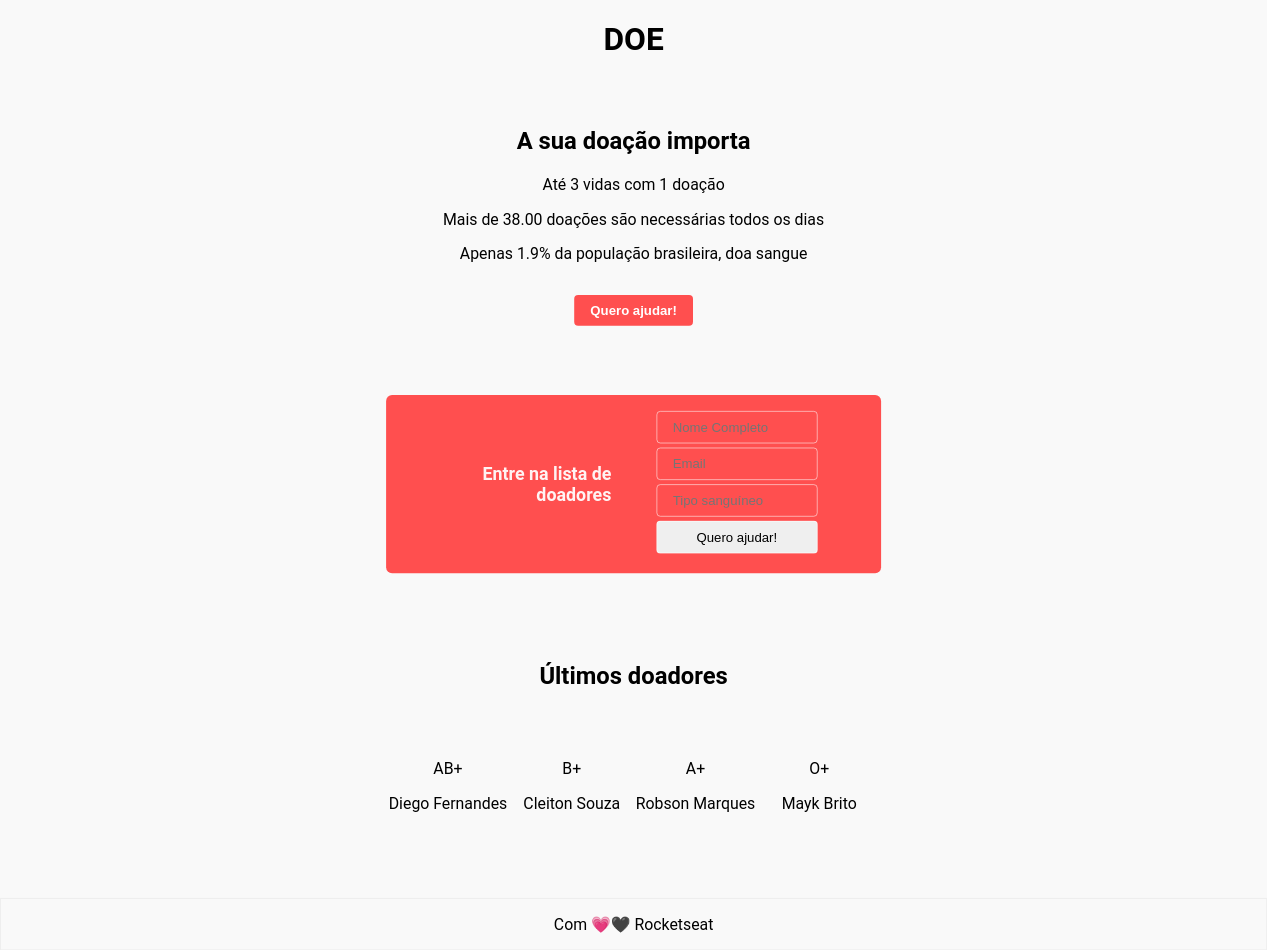
Repository: lucas-silva-dev/Doe
Page: index.html
The author's editor kept a copy of each file at every save. The page is drawn from the files as they stood at one save, then again after the next save.
The browser window is 1280 px wide. The pictures show the whole page, at 99% of full size.
Some web fonts or font styles are not loaded; a fallback is used.

Above is the page before, as saved 2020-02-18 16:34:47.

After the next save:
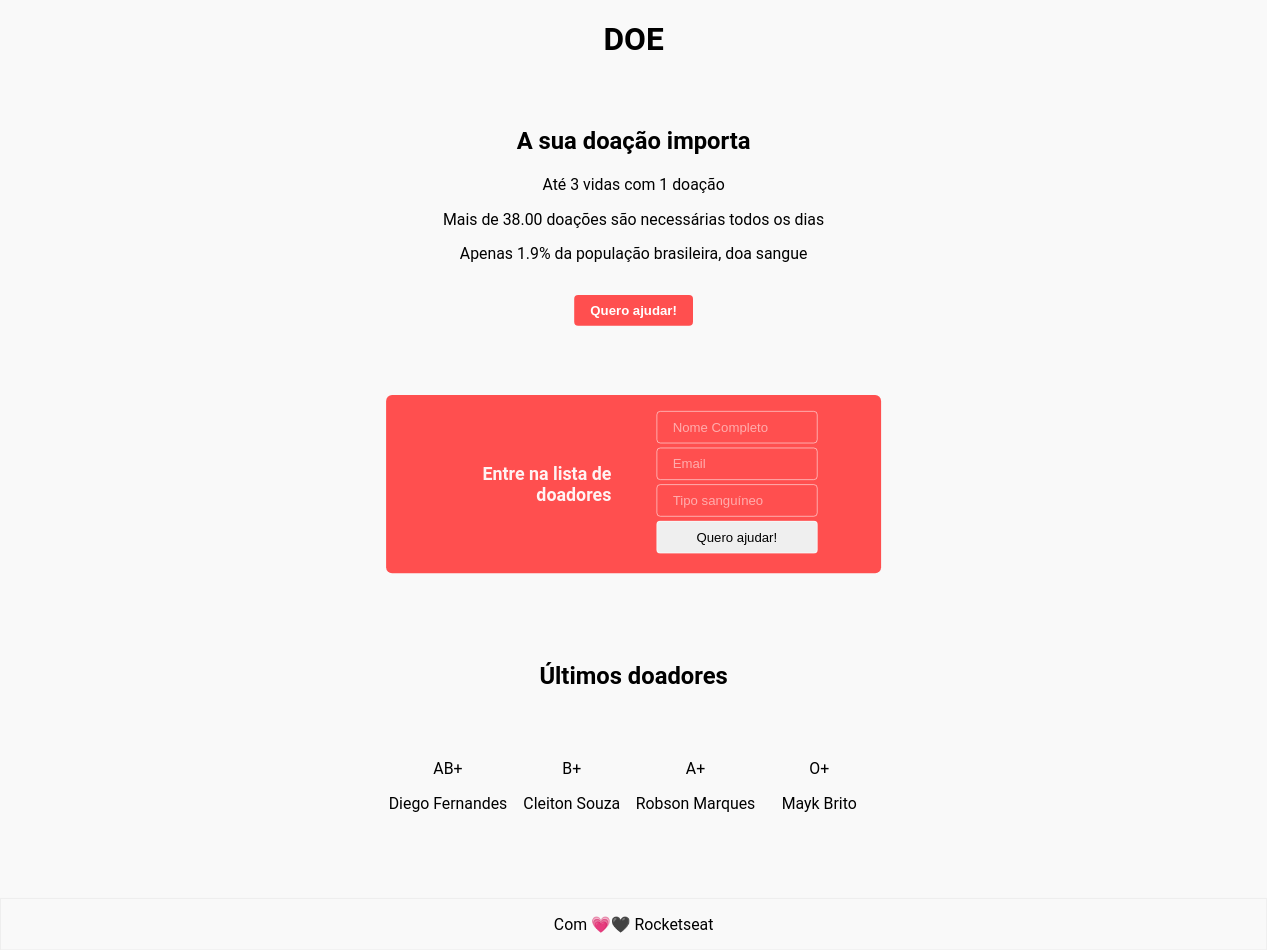
Saved 42 s later.
--- a/style.css
+++ b/style.css
@@ -97,7 +97,10 @@ form button {
 
 form input {
   background-color: transparent;
-  place
+}
+
+form input::placeholder {
+  color: #fff8;
 }
 
 /* MAIN */
